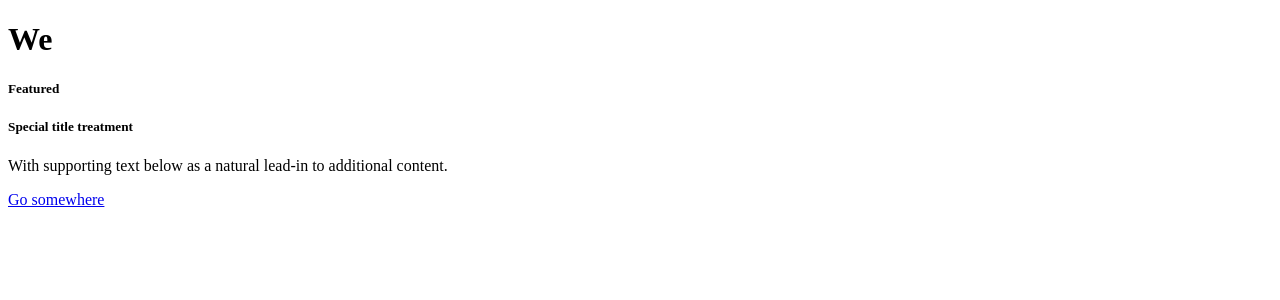
Repository: acciojob/bootstrap-card-vandanayadav15
Page: main.html
These files come from the project's save history. The page is drawn as it stood at one moment and after the next save; the edit follows.
The browser window is 1280 px wide. The pictures show the whole page.

Above is the page before, as saved 2022-10-28 17:40:03.

### main.html
<!DOCTYPE html>

<html>

<head>
	<link rel="stylesheet" href="styles.css">
</head>

<body>
	<!-- the entire body must be written by student -->
	<h1>We</h1>
	<div class="card">
		<h5 class="card-header">Featured</h5>
		<div class="card-body">
			<h5 class="card-title">Special title treatment</h5>
			<p class="card-text">With supporting text below as a natural lead-in to additional content.</p>
			<a href="#" class="btn btn-primary">Go somewhere</a>
		</div>
	</div>
    <script type="text/javascript" src="./script.js">
</script>

</body>

</html>

### styles.css

/* Your CSS Code here. */

Loaded but not shown: script.js (common file)

After the next save:
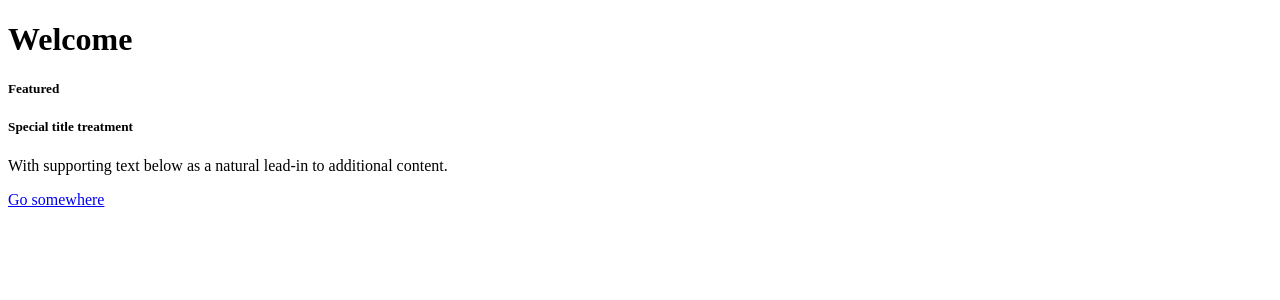
Saved 4 s later.
--- a/main.html
+++ b/main.html
@@ -8,7 +8,7 @@
 
 <body>
 	<!-- the entire body must be written by student -->
-	<h1>We</h1>
+	<h1>Welcome </h1>
 	<div class="card">
 		<h5 class="card-header">Featured</h5>
 		<div class="card-body">
